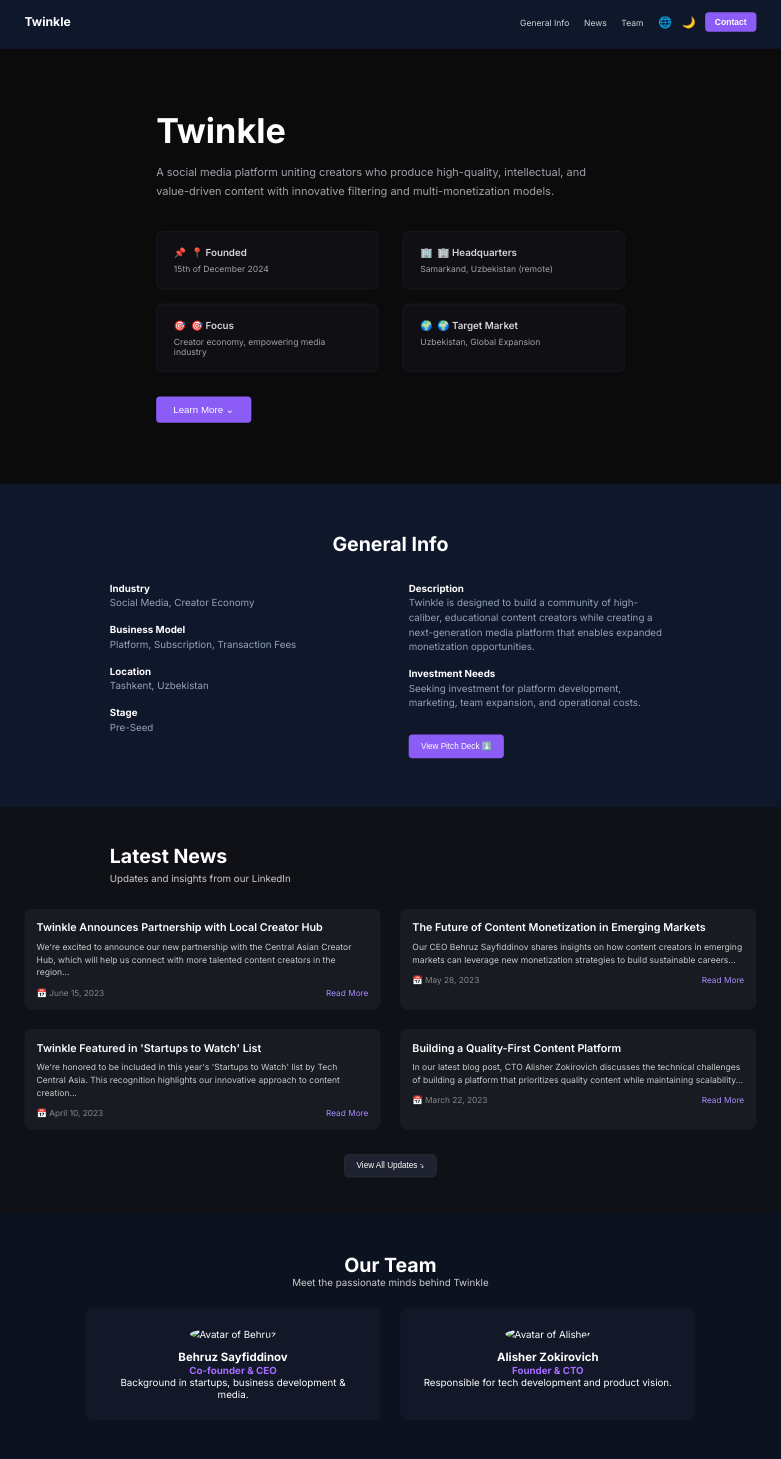
Repository: techboy-33/Twinkle-web
Page: index.html
The author's editor kept a copy of each file at every save. The page is drawn from the files as they stood at one save, then again after the next save.
The browser window is 1280 px wide. The pictures show the whole page, at 61% of full size.

Above is the page before, as saved 2025-05-12 11:22:53.
Not found: avatar1.png
Not found: avatar2.png

### index.html
<!DOCTYPE html>
<html lang="en">

<head>
    <meta charset="UTF-8" />
    <meta name="viewport" content="width=device-width, initial-scale=1.0" />
    <title>Twinkle</title>
    <link href="styles.css" rel="stylesheet" />
    <link href="https://fonts.googleapis.com/css2?family=Inter:wght@400;600;700&display=swap" rel="stylesheet">
</head>

<body>
    <header class="navbar">
        <div class="container nav-inner">
            <div class="logo">Twinkle</div>
            <div class="nav-right">
                <nav class="nav-links">
                    <a href="#">General Info</a>
                    <a href="#">News</a>
                    <a href="#">Team</a>
                </nav>
                <div class="nav-icons">
                    <button class="icon-btn">🌐</button>
                    <button class="icon-btn">🌙</button>
                    <button class="contact-btn">Contact</button>
                </div>
            </div>
        </div>
    </header>
    <section class="hero">
        <div class="hero-inner">
            <h1>Twinkle</h1>
            <p class="subtitle">
                A social media platform uniting creators who produce high-quality, intellectual, and value-driven
                content with innovative filtering and multi-monetization models.
            </p>

            <div class="info-grid">
                <div class="info-card">
                    <h3>📍 Founded</h3>
                    <p>15th of December 2024</p>
                </div>
                <div class="info-card">
                    <h3>🏢 Headquarters</h3>
                    <p>Samarkand, Uzbekistan (remote)</p>
                </div>
                <div class="info-card">
                    <h3>🎯 Focus</h3>
                    <p>Creator economy, empowering media industry</p>
                </div>
                <div class="info-card">
                    <h3>🌍 Target Market</h3>
                    <p>Uzbekistan, Global Expansion</p>
                </div>
            </div>

            <button class="learn-btn">Learn More ⌄</button>
        </div>
    </section>
    <main class="container">
        <section class="general-info">
            <h2>General Info</h2>
            <div class="info-columns">
                <div class="left">
                    <p><strong>Industry</strong><br>Social Media, Creator Economy</p>
                    <p><strong>Business Model</strong><br>Platform, Subscription, Transaction Fees</p>
                    <p><strong>Location</strong><br>Tashkent, Uzbekistan</p>
                    <p><strong>Stage</strong><br>Pre-Seed</p>
                </div>
                <div class="right">
                    <p><strong>Description</strong><br>
                        Twinkle is designed to build a community of high-caliber, educational content creators while
                        creating a next-generation media platform that enables expanded monetization opportunities.
                    </p>
                    <p><strong>Investment Needs</strong><br>
                        Seeking investment for platform development, marketing, team expansion, and operational costs.
                    </p>
                    <button class="pitch-btn">View Pitch Deck ⬇️</button>
                </div>
            </div>
        </section>
    </main>
    <section class="news-section">
        <div class="container">
            <h2 class="news-title">Latest News</h2>
            <p class="news-subtitle">Updates and insights from our LinkedIn</p>

            <div class="news-grid">
                <!-- News Card 1 -->
                <div class="news-card">
                    <h3>Twinkle Announces Partnership with Local Creator Hub</h3>
                    <p>We're excited to announce our new partnership with the Central Asian Creator Hub, which will help
                        us connect with more talented content creators in the region...</p>
                    <div class="news-meta">
                        <span>📅 June 15, 2023</span>
                        <a href="#">Read More</a>
                    </div>
                </div>

                <!-- News Card 2 -->
                <div class="news-card">
                    <h3>The Future of Content Monetization in Emerging Markets</h3>
                    <p>Our CEO Behruz Sayfiddinov shares insights on how content creators in emerging markets can
                        leverage new monetization strategies to build sustainable careers...</p>
                    <div class="news-meta">
                        <span>📅 May 28, 2023</span>
                        <a href="#">Read More</a>
                    </div>
                </div>

                <!-- News Card 3 -->
                <div class="news-card">
                    <h3>Twinkle Featured in 'Startups to Watch' List</h3>
                    <p>We're honored to be included in this year's 'Startups to Watch' list by Tech Central Asia. This
                        recognition highlights our innovative approach to content creation...</p>
                    <div class="news-meta">
                        <span>📅 April 10, 2023</span>
                        <a href="#">Read More</a>
                    </div>
                </div>

                <!-- News Card 4 -->
                <div class="news-card">
                    <h3>Building a Quality-First Content Platform</h3>
                    <p>In our latest blog post, CTO Alisher Zokirovich discusses the technical challenges of building a
                        platform that prioritizes quality content while maintaining scalability...</p>
                    <div class="news-meta">
                        <span>📅 March 22, 2023</span>
                        <a href="#">Read More</a>
                    </div>
                </div>
            </div>

            <div class="view-all-wrapper">
                <button class="view-all-btn">View All Updates ⤵</button>
            </div>
        </div>
    </section>
    <section class="team-section">
        <div class="container">
            <h2 class="team-title">Our Team</h2>
            <p class="team-subtitle">Meet the passionate minds behind Twinkle</p>
            <div class="team-grid">
                <!-- Member Card -->
                <div class="team-card">
                    <img src="avatar1.png" alt="Avatar of Behruz">
                    <h3>Behruz Sayfiddinov</h3>
                    <p class="role">Co-founder & CEO</p>
                    <p class="desc">Background in startups, business development & media.</p>
                    <div class="icons">
                        <a href="#"><i class="fas fa-envelope"></i></a>
                        <a href="#"><i class="fab fa-linkedin-in"></i></a>
                    </div>
                </div>

                <!-- Lặp lại với các thành viên khác -->
                <div class="team-card">
                    <img src="avatar2.png" alt="Avatar of Alisher">
                    <h3>Alisher Zokirovich</h3>
                    <p class="role">Founder & CTO</p>
                    <p class="desc">Responsible for tech development and product vision.</p>
                    <div class="icons">
                        <a href="#"><i class="fas fa-envelope"></i></a>
                        <a href="#"><i class="fab fa-linkedin-in"></i></a>
                    </div>
                </div>

                <!-- Thêm các thành viên tương tự -->
                <!-- ... -->
            </div>
        </div>
    </section>
</body>

</html>

### styles.css
* {
  margin: 0;
  padding: 0;
  box-sizing: border-box;
}

body {
  margin: 0;
  background-color: #0f172a;
  font-family: 'Inter', sans-serif;
  color: #cbd5e1;
  padding-top: 80px;
}

.container {
  max-width: 1200px;
  margin: 0 auto;
}

.navbar {
  position: fixed;
  top: 0;
  width: 100%;
  background-color: #0f172a;
  z-index: 1000;
  padding: 20px 0;
}

.nav-inner {
  display: flex;
  justify-content: space-between;
  align-items: center;
}
.hero {
  background-color: #0b0b0c;
  color: #fff;
  padding: 100px 0;
}

.hero-inner {
  padding: 0 20%;
  display: flex;
  flex-direction: column;
  align-items: flex-start;
}


.logo {
  font-size: 20px;
  font-weight: 700;
  color: white;
}

.nav-right {
  display: flex;
  align-items: center;
  gap: 24px;
}

.nav-links {
  display: flex;
  gap: 24px;
}

.nav-links a {
  text-decoration: none;
  color: #d1d5db;
  font-weight: 500;
  font-size: 14px;
}

.nav-icons {
  display: flex;
  align-items: center;
  gap: 16px;
}

.icon-btn {
  background: none;
  border: none;
  color: #d1d5db;
  font-size: 18px;
  cursor: pointer;
}

.contact-btn {
  background-color: #8b5cf6;
  border: none;
  color: white;
  padding: 8px 16px;
  border-radius: 6px;
  font-weight: 600;
  font-size: 14px;
  cursor: pointer;
}


.main-container {
  max-width: 1200px;
  margin: 60px auto;
  padding-left: 60px;
  display: flex;
  justify-content: flex-start;
}


.hero-inner h1 {
  font-size: 56px;
  font-weight: 800;
  margin-bottom: 20px;
}

.subtitle {
  font-size: 18px;
  max-width: 720px;
  color: #a1a1aa;
  margin-bottom: 50px;
  line-height: 1.7;
}

.info-grid {
  display: grid;
  grid-template-columns: repeat(2, 1fr);
  gap: 24px 40px;
  width: 100%;
  margin-bottom: 40px;
}

.info-card {
  background-color: #101014;
  padding: 24px 28px;
  border: 1px solid #1e1e2e;
  border-radius: 10px;
  display: flex;
  flex-direction: column;
  gap: 8px;
}

.info-card h3 {
  font-size: 16px;
  color: #d4d4d8;
  font-weight: 600;
  display: flex;
  align-items: center;
  gap: 8px;
}

.info-card h3::before {
  content: '📌';
  color: #a855f7;
}

.info-card:nth-child(2) h3::before {
  content: '🏢';
}

.info-card:nth-child(3) h3::before {
  content: '🎯';
}

.info-card:nth-child(4) h3::before {
  content: '🌍';
}

.info-card p {
  font-size: 14px;
  color: #a1a1aa;
}

.learn-btn {
  background-color: #8b5cf6;
  color: white;
  padding: 12px 28px;
  font-size: 16px;
  border-radius: 6px;
  border: none;
  cursor: pointer;
  transition: background 0.3s ease;
}

.learn-btn:hover {
  background-color: #7c3aed;
}

/* General Info Section */
.general-info {
  padding: 80px 140px;
}

.general-info h2 {
  text-align: center;
  font-size: 32px;
  color: white;
  margin-bottom: 40px;
}

.info-columns {
  display: flex;
  gap: 60px;
  justify-content: space-between;
}

.info-columns .left,
.info-columns .right {
  flex: 1;
}

.info-columns p {
  margin-bottom: 20px;
  color: #94a3b8;
  line-height: 24px;
}

.info-columns strong {
  color: white;
}

/* Pitch Deck Button */
.pitch-btn {
  background-color: #8b5cf6;
  color: white;
  border: none;
  padding: 12px 20px;
  font-weight: 500;
  border-radius: 6px;
  margin-top: 20px;
  cursor: pointer;
}

/* new section */
.news-section {
  background-color: #0f1117;
  color: #fff;
  padding: 60px 20px;
}

.news-title {
  font-size: 2rem;
  font-weight: 700;
  margin-bottom: 8px;
  padding-left: 140px;
}

.news-subtitle {
  color: #ccc;
  margin-bottom: 40px;
  padding-left: 140px;

}

.news-grid {
  display: grid;
  grid-template-columns: repeat(2, 1fr);
  gap: 32px;
  max-width: 1200px;
  margin: 0 auto;
}

.news-card {
  background-color: #181b22;
  border-radius: 12px;
  padding: 20px;
  transition: background 0.3s;
}

.news-card h3 {
  font-size: 1.1rem;
  font-weight: 600;
  margin-bottom: 10px;
}

.news-card p {
  font-size: 14px;
  line-height: 1.5;
  color: #ccc;
}

.news-meta {
  display: flex;
  justify-content: space-between;
  align-items: center;
  font-size: 0.85rem;
  margin-top: 15px;
  color: #888;
}

.news-meta a {
  color: #a78bfa;
  text-decoration: none;
  font-weight: 500;
}

.view-all-wrapper {
  text-align: center;
  margin-top: 40px;
}

.view-all-btn {
  background-color: #1f2230;
  color: #fff;
  padding: 10px 20px;
  border-radius: 8px;
  border: 1px solid #333;
  cursor: pointer;
  transition: all 0.2s ease;
}

.view-all-btn:hover {
  background-color: #2c2f3e;
}

/* team section */
.team-section {
  background-color: #0d1220; /* màu xám tím như trong hình */
  padding: 4rem 0;
  color: white;
}

.team-title {
  text-align: center;
  font-size: 2rem;
}

.team-subtitle {
  text-align: center;
  margin-bottom: 2rem;
  color: #ccc;
}

.team-grid {
  display: grid;
  grid-template-columns: repeat(auto-fit, minmax(250px, 1fr));
  gap: 2rem;
  max-width: 1000px;
  margin: 0 auto;
}

.team-card {
  background-color: #131829;
  padding: 2rem;
  border-radius: 12px;
  text-align: center;
}

.team-card img {
  width: 80px;
  height: 80px;
  border-radius: 50%;
  margin-bottom: 1rem;
}

.role {
  color: #a76cff;
  font-weight: bold;
}

After the next save:
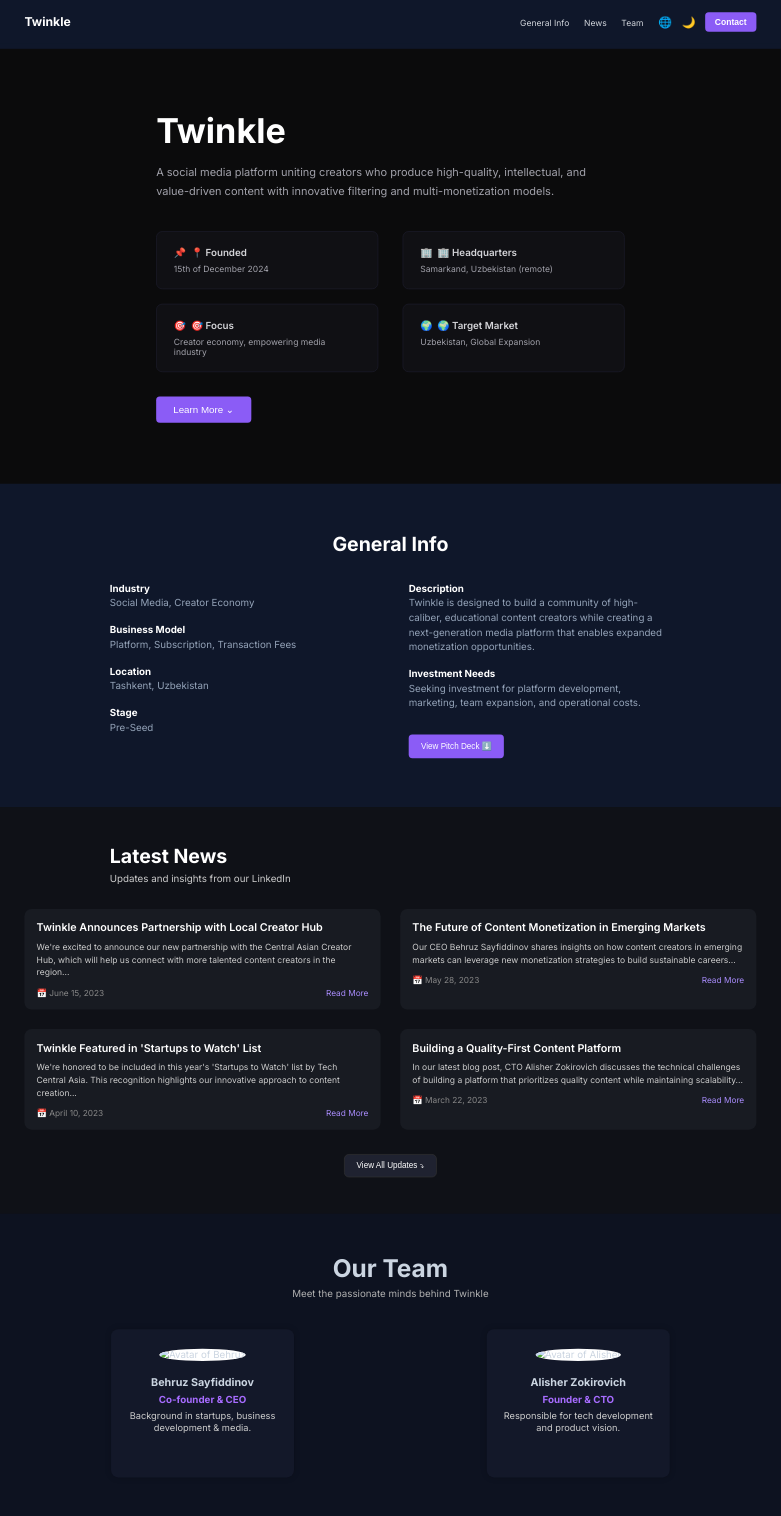
Saved 33 s later.
--- a/styles.css
+++ b/styles.css
@@ -311,45 +311,73 @@
 
 /* team section */
 .team-section {
-  background-color: #0d1220; /* màu xám tím như trong hình */
-  padding: 4rem 0;
-  color: white;
+  background-color: #0d1220;
+  padding: 4rem 1rem;
+  text-align: center;
 }
 
 .team-title {
-  text-align: center;
-  font-size: 2rem;
+  font-size: 2.5rem;
+  font-weight: bold;
+  margin-bottom: 0.5rem;
 }
 
 .team-subtitle {
-  text-align: center;
-  margin-bottom: 2rem;
-  color: #ccc;
+  color: #b0b0b0;
+  font-size: 1rem;
+  margin-bottom: 3rem;
 }
 
 .team-grid {
   display: grid;
-  grid-template-columns: repeat(auto-fit, minmax(250px, 1fr));
+  grid-template-columns: repeat(auto-fit, minmax(260px, 1fr));
   gap: 2rem;
-  max-width: 1000px;
-  margin: 0 auto;
+  justify-items: center;
 }
 
 .team-card {
   background-color: #131829;
-  padding: 2rem;
   border-radius: 12px;
+  padding: 2rem 1.5rem;
+  width: 100%;
+  max-width: 300px;
   text-align: center;
+  box-shadow: 0 0 10px rgba(0,0,0,0.2);
 }
 
 .team-card img {
-  width: 80px;
-  height: 80px;
+  width: 90px;
+  height: 90px;
   border-radius: 50%;
+  background-color: white;
+  object-fit: cover;
   margin-bottom: 1rem;
 }
 
-.role {
+.team-card h3 {
+  font-size: 1.1rem;
+  margin: 0.5rem 0;
+}
+
+.team-card .role {
   color: #a76cff;
   font-weight: bold;
-}
+  margin-bottom: 0.5rem;
+}
+
+.team-card .desc {
+  font-size: 0.95rem;
+  color: #ccc;
+  margin-bottom: 1.2rem;
+}
+
+.icons a {
+  color: white;
+  margin: 0 0.5rem;
+  font-size: 1.1rem;
+  transition: color 0.3s ease;
+}
+
+.icons a:hover {
+  color: #a76cff;
+}
